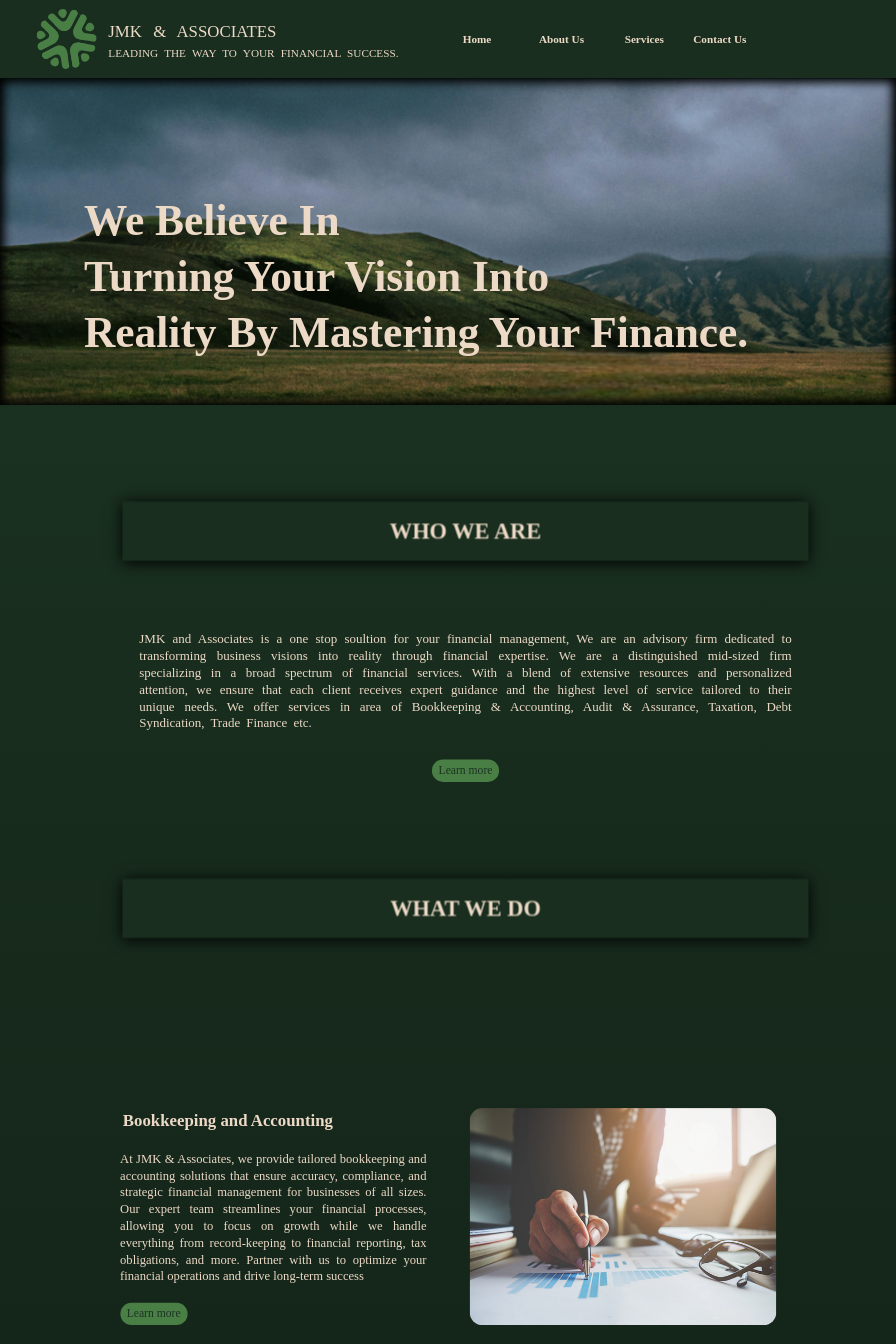
Repository: gama113/jmk
Page: movie/jmk.online/index.html
These files come from the project's save history. The page is drawn as it stood at one moment and after the next save; the edit follows.
The browser window is 1280 px wide. The pictures show the part of the page from y = 0 to 1920 px (the page is 5608 px tall), at 70% of full size.
Empty fields were first filled with sample values (such as "Sample", 5 or name@example.com).
After loading, the first visible `a.closebtn` was clicked once.

Above is the page before, as saved 2025-03-18 18:03:43.

After the next save:
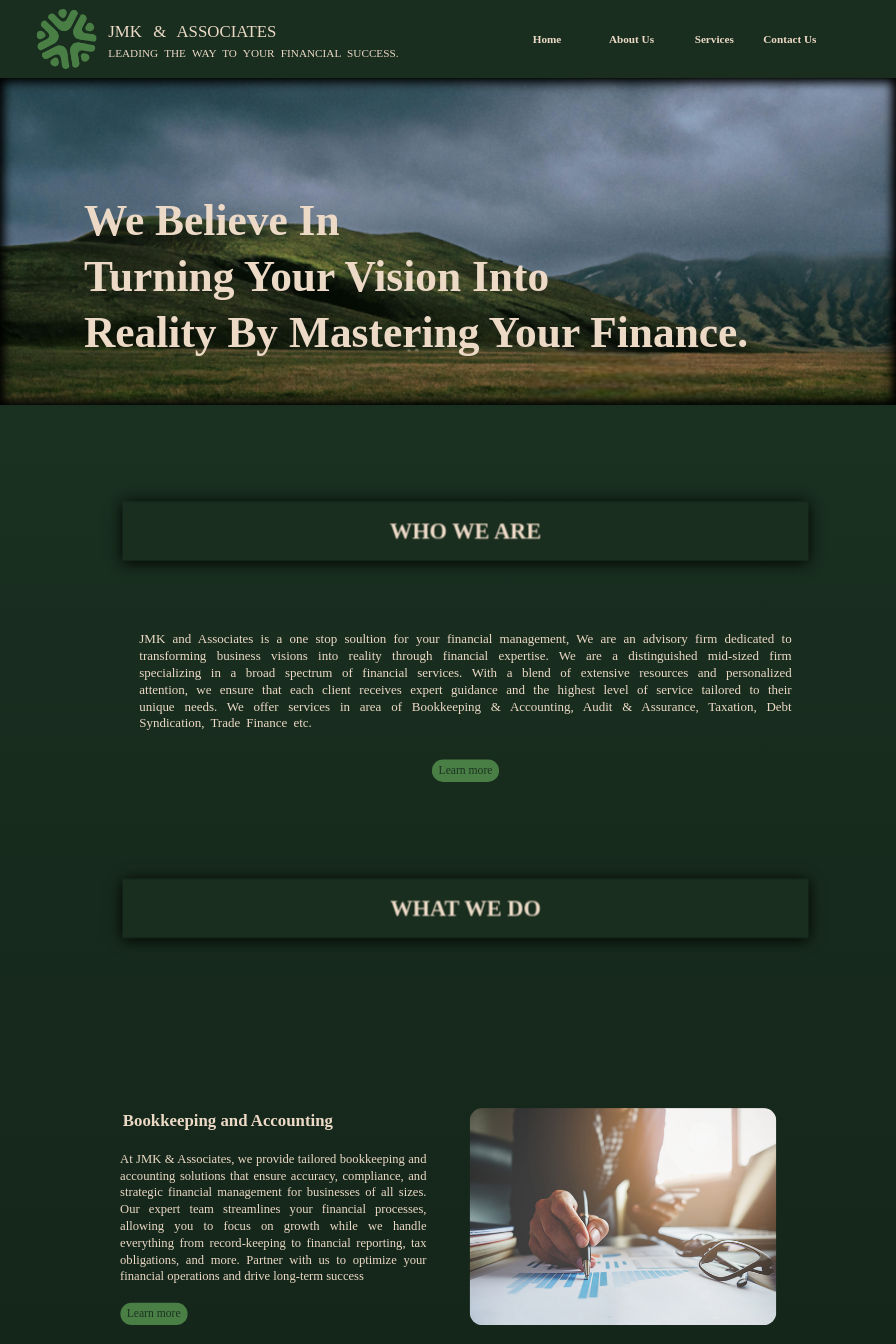
Console error: ReferenceError: toggleSidebar is not defined
Saved 63 s later.
--- a/movie/jmk.online/script.js
+++ b/movie/jmk.online/script.js
@@ -13,14 +13,66 @@ document.querySelectorAll('a[href^="#"]').forEach(anchor => {
 
 ////////////////////////////////////////////////////////////
 // for side pannel
-function toggleSidebar() {
-  var sidebar = document.getElementById("mySidebar_sidepanel");
-  if (sidebar.style.width === "300px") {
-    sidebar.style.width = "0";
-  } else {
-    sidebar.style.width = "300px";
+// function toggleSidebar() {
+//   var sidebar = document.getElementById("mySidebar_sidepanel");
+//   if (sidebar.style.width === "300px") {
+//     sidebar.style.width = "0";
+//   } else {
+//     sidebar.style.width = "300px";
+//   }
+// }
+
+document.addEventListener("DOMContentLoaded", function() {
+  const sidebar = document.getElementById("mySidebar_sidepanel");
+  const openButton = document.querySelector(".openbtn");
+  const closeButton = document.querySelector(".closebtn");
+  const dropdownButton = document.querySelector(".dropbtn");
+  const dropdownContent = document.querySelector(".dropdown-content");
+
+  // Toggle Sidebar Function
+  function toggleSidebar() {
+    if (sidebar.style.width === "300px") {
+      sidebar.style.width = "0";
+    } else {
+      sidebar.style.width = "300px";
+    }
   }
-}
+
+  // Toggle Dropdown Function
+  function toggleDropdown() {
+    const expanded =
+      dropdownButton.getAttribute("aria-expanded") === "true" || false;
+    dropdownButton.setAttribute("aria-expanded", !expanded);
+    dropdownContent.style.display = expanded ? "none" : "block";
+  }
+
+  // Event Listeners
+  openButton.addEventListener("click", toggleSidebar);
+  closeButton.addEventListener("click", toggleSidebar);
+  dropdownButton.addEventListener("click", toggleDropdown);
+
+  // Close dropdown when clicking outside
+  document.addEventListener("click", function(event) {
+    if (
+      !dropdownButton.contains(event.target) &&
+      !dropdownContent.contains(event.target)
+    ) {
+      dropdownButton.setAttribute("aria-expanded", "false");
+      dropdownContent.style.display = "none";
+    }
+  });
+
+  // Close sidebar when clicking outside
+  document.addEventListener("click", function(event) {
+    if (
+      !openButton.contains(event.target) &&
+      !sidebar.contains(event.target) &&
+      sidebar.style.width === "300px"
+    ) {
+      sidebar.style.width = "0";
+    }
+  });
+});
 
 ////////////////////////////////////////////////////////////
 // for mail to function
